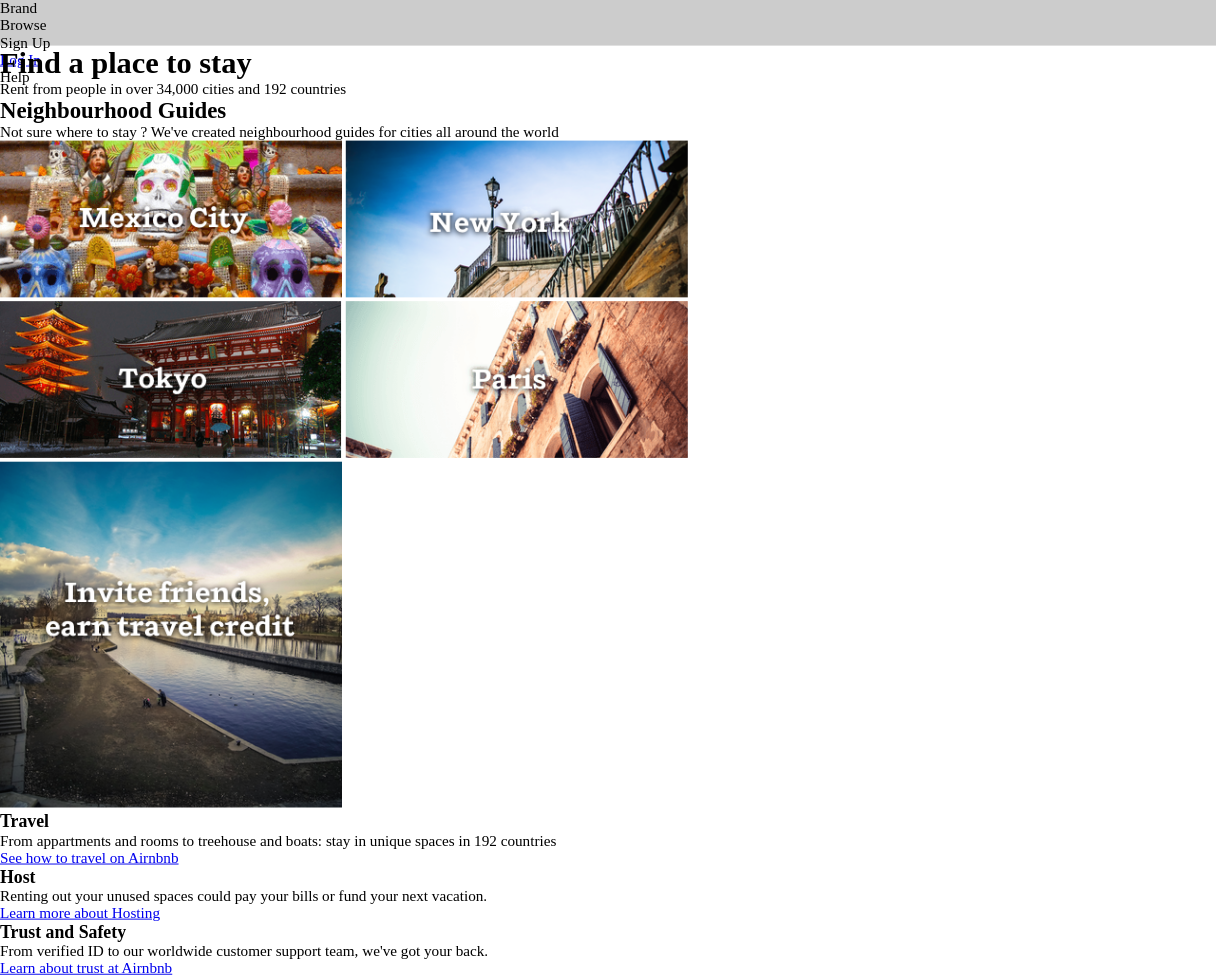
Repository: Naohonproject/web101x02_asm1
Page: Project2.html
An editor plug-in stored every save of this project. The page is shown before and after the next save, followed by the edit.
The browser window is 1280 px wide. The pictures show the whole page, at 95% of full size.

Above is the page before, as saved 2022-01-15 16:18:09.

### Project2.html
<!-- @format -->

<!DOCTYPE html>
<html lang="en">
	<head>
		<meta charset="UTF-8" />
		<meta http-equiv="X-UA-Compatible" content="IE=edge" />
		<meta name="viewport" content="width=device-width, initial-scale=1.0" />
		<link rel="stylesheet" href="./assets/css/style.css" />
		<link rel="stylesheet" href="./assets/css/responsive.css" />
		<title>Homepage</title>
	</head>
	<body>
		<div id="header">
			<div class="header-wrapper">
				<div class="nav-bar">
					<ul class="left-nav">
						<li>Brand</li>
						<li>Browse</li>
					</ul>
					<ul class="right-nav">
						<li>Sign Up</li>
						<li><a href="login.html" target="_blank">Log In</a></li>
						<li>Help</li>
					</ul>
				</div>
			</div>
		</div>

		<div id="banner">
			<div class="banner-wrapper">
				<div>
					<h1>Find a place to stay</h1>
					<p>Rent from people in over 34,000 cities and 192 countries</p>
				</div>
			</div>
		</div>

		<div id="content">
			<div class="content-wrapper">
				<div class="content-heading">
					<h2>Neighbourhood Guides</h2>
					<p>
						Not sure where to stay ? We've created neighbourhood guides for
						cities all around the world
					</p>
				</div>
				<div class="content-images-table">
					<div>
						<img
							src="./assets/img/web101x-Mexico City.png"
							alt="Mexico City"
							width="360"
						/>
						<img
							src="./assets/img/web101x-New York.png"
							alt="New York City"
							width="360"
						/>
					</div>
					<div>
						<img
							src="./assets/img/web101x-Tokyo.png"
							alt="Tokyo City"
							width="360"
						/>
						<img
							src="./assets/img/web101x-Paris.png"
							alt="Paris City"
							width="360"
						/>
					</div>
					<div>
						<img
							src="./assets/img/web101x-Invitation.png"
							alt="Invitation image"
							width="360"
						/>
					</div>
				</div>
			</div>
		</div>

		<div id="footer">
			<div class="footer-wrapper">
				<div class="footer-block">
					<h3>Travel</h3>
					<p>
						From appartments and rooms to treehouse and boats: stay in unique
						spaces in 192 countries
					</p>
					<a href="#">See how to travel on Airnbnb</a>
				</div>

				<div class="footer-blockr">
					<h3>Host</h3>
					<p>
						Renting out your unused spaces could pay your bills or fund your
						next vacation.
					</p>
					<a href="#">Learn more about Hosting</a>
				</div>

				<div class="footer-block">
					<h3>Trust and Safety</h3>
					<p>
						From verified ID to our worldwide customer support team, we've got
						your back.
					</p>
					<a href="#">Learn about trust at Airnbnb</a>
				</div>
			</div>
		</div>
	</body>
</html>

### assets/css/style.css
/** @format */

/* common */

/* reset css */
* {
	box-sizing: border-box;
	padding: 0;
	margin: 0;
}
/* row style */
.row {
}
/* collumn style */
.collumn {
}
/* Set text lineweight to Bold */
.bold-text {
}

/* specific */

#header {
	height: 48px;
	width: 100%;
	background-color: #ccc;
}

Loaded but not shown: assets/css/responsive.css (no stored copy; drawn as an empty file)

After the next save:
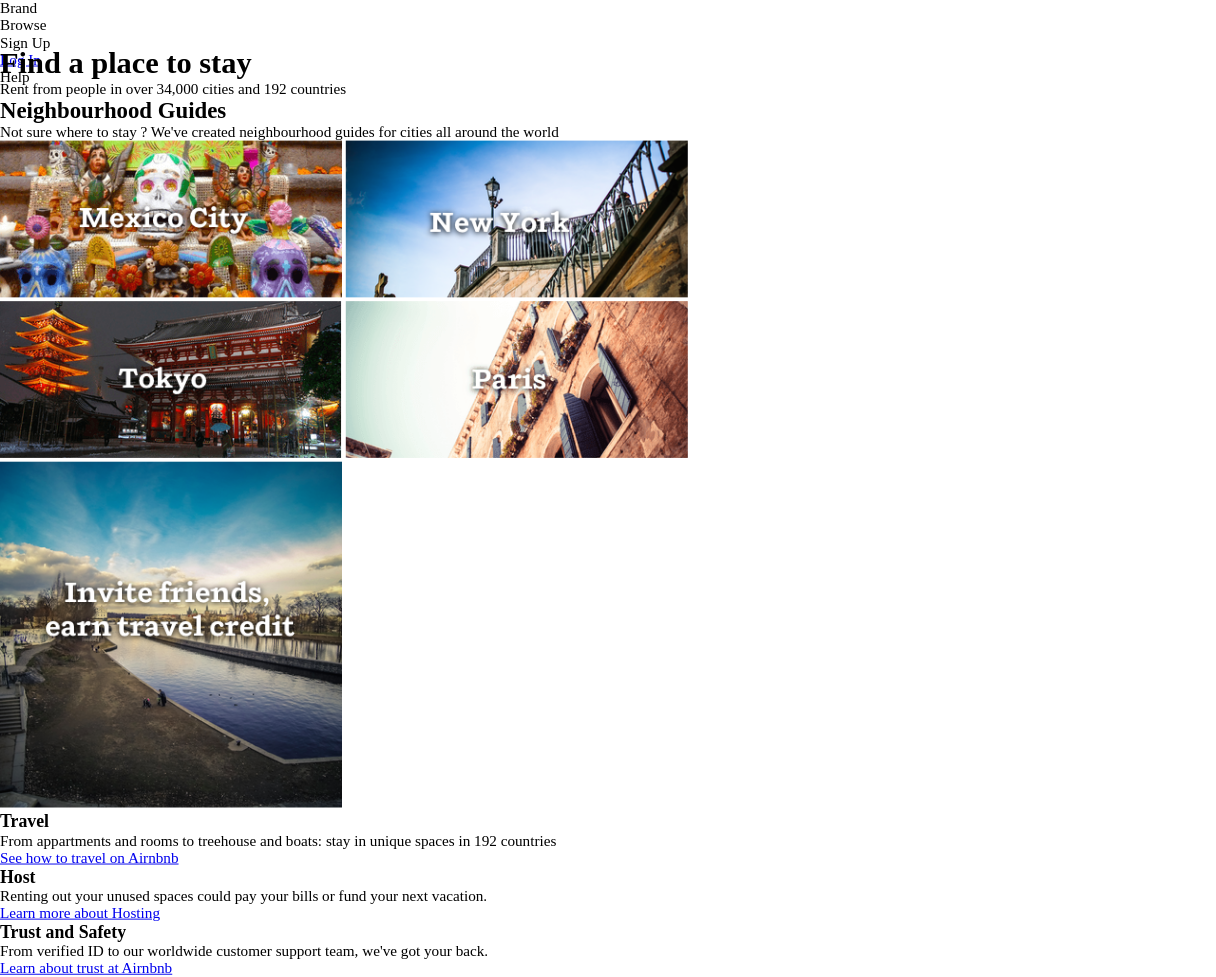
Saved 17 s later.
--- a/assets/css/style.css
+++ b/assets/css/style.css
@@ -23,5 +23,5 @@
 #header {
 	height: 48px;
 	width: 100%;
-	background-color: #ccc;
+	background-color: #fff;
 }
